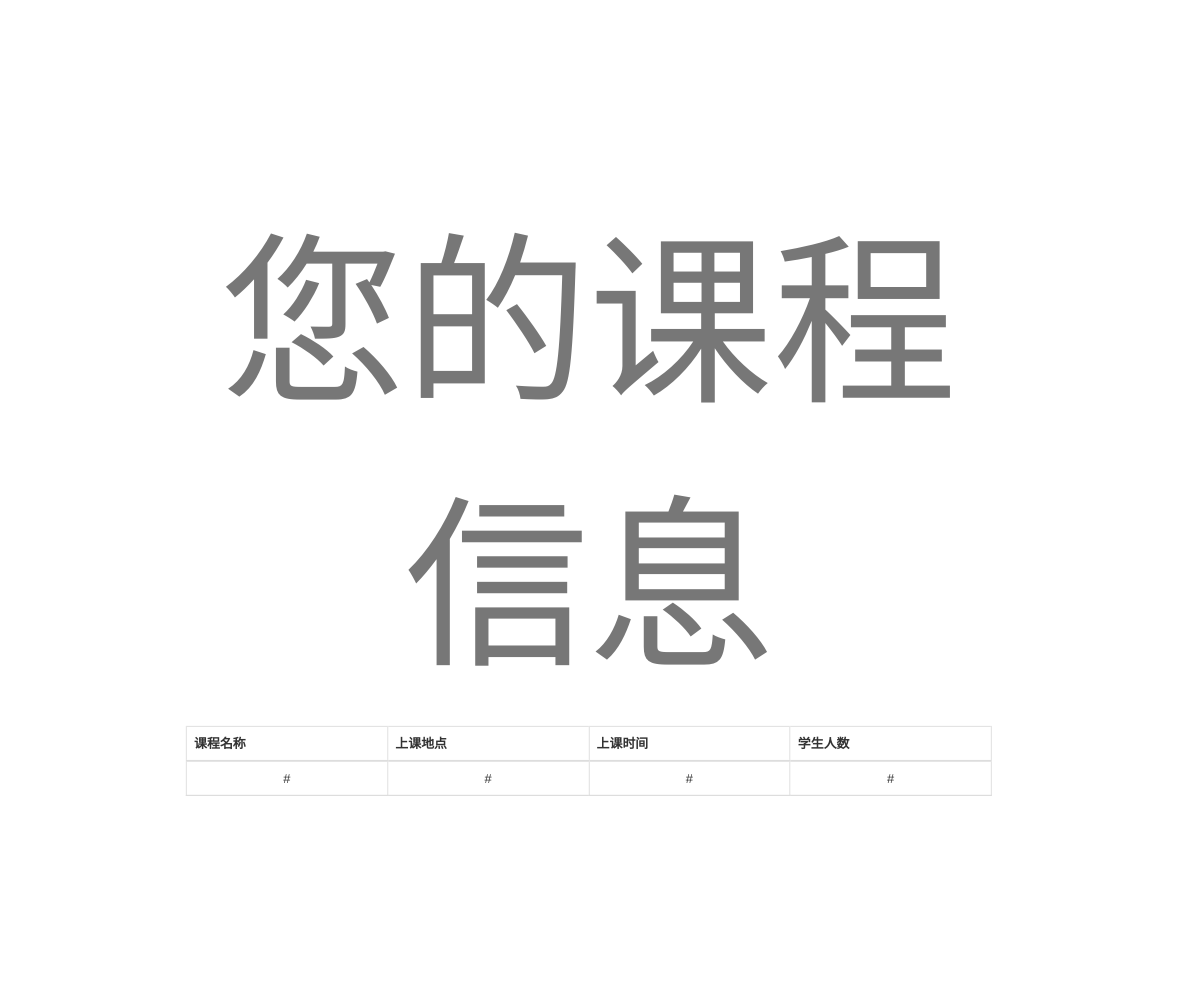
Repository: xu459898103/DBExperiment2017
Page: http://localhost/EA_System/iframe/teacher/jskcxx.jsp
These files come from the project's save history. The page is drawn as it stood at one moment and after the next save; the edit follows.
The browser window is 1280 px wide. The pictures show the whole page, at 92% of full size.
The page is served by Tomcat 9.

Above is the page before, as saved 2017-12-16 11:50:17.

After the next save:
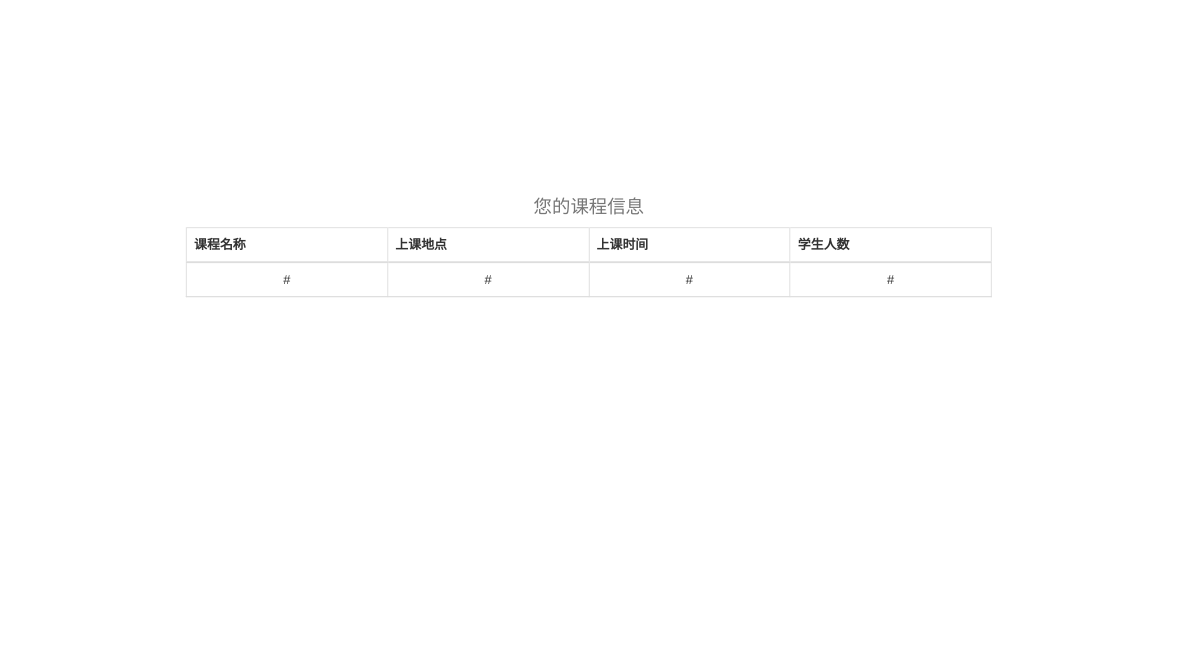
Saved 7 s later.
--- a/EA System/WebContent/iframe/teacher/jskcxx.jsp
+++ b/EA System/WebContent/iframe/teacher/jskcxx.jsp
@@ -17,7 +17,7 @@
 }
 #title {
 	text-align:center;
-	font-size:200px;
+	font-size:20px;
 }
 </style>
 </head>
